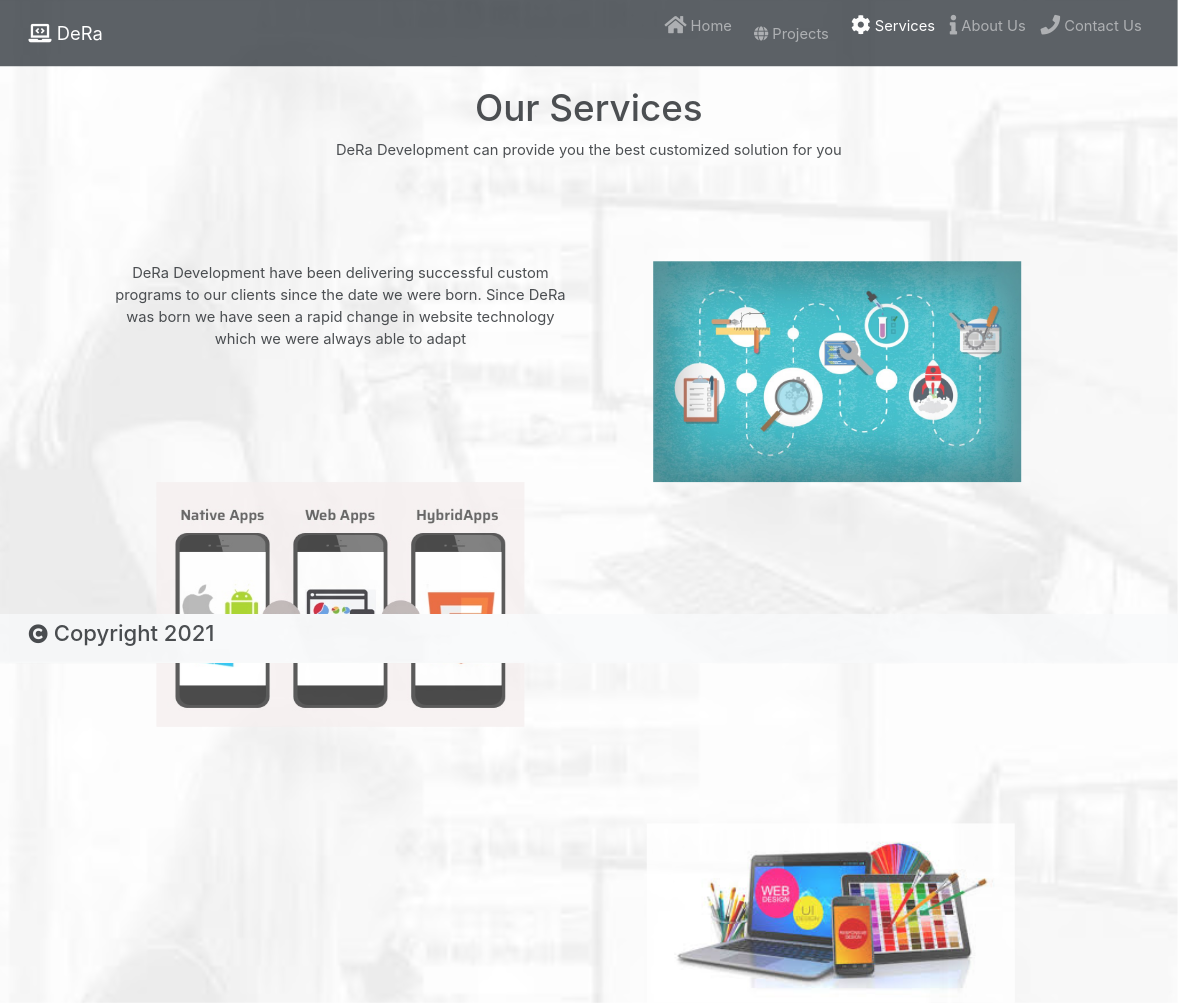
Repository: deividwsantoss/web6201-Lab1
Page: services.html
These files come from the project's save history. The page is drawn as it stood at one moment and after the next save; the edit follows.
The browser window is 1280 px wide. The pictures show the whole page, at 92% of full size.

Above is the page before, as saved 2021-02-04 11:08:35.
Console error: TypeError: Cannot set properties of null (setting 'innerHTML')

### services.html
<!DOCTYPE html>
<html lang="en">

<head>
  <meta charset="UTF-8">
  <meta name="viewport" content="width=device-width, initial-scale=1.0">
  <title>Services</title>
</head>
<!-- CSS SECTION-->
<link rel="stylesheet" href="./node_modules/bootstrap/dist/css/bootstrap.min.css">
<link rel="stylesheet" href="./node_modules/@fortawesome/fontawesome-free/css/all.min.css">
<link rel="stylesheet" href="./Content/app.css">

<body class="servicesbackgroud">
  <!-- Main Header-->
  <header>
    <nav class="navbar navbar-expand-lg navbar-dark bg-dark">
      <div class="container-fluid">
        <a class="navbar-brand" href="Index.html"><i class="fas fa-laptop-code"></i> DeRa</a>
        <button class="navbar-toggler" type="button" data-bs-toggle="collapse" data-bs-target="#navbarSupportedContent"
          aria-controls="navbarSupportedContent" aria-expanded="false" aria-label="Toggle navigation">
          <span class="navbar-toggler-icon"></span>
        </button>
        <div class="collapse navbar-collapse" id="navbarSupportedContent">
          <ul class="navbar-nav ml-auto mb-2 mb-lg-0">
            <li class="nav-item">
              <a class="nav-link " aria-current="page" href="Index.html"><i class="fas fa-home fa-lg"></i> Home</a>
            </li>
            <li class="nav-item">
              <a id="prod" class="nav-link" aria-current="page" href="products.html" name=><i class="fas fa-globe fa-lg"></i>
                Products</a>
            </li>
            <li class="nav-item">
              <a class="nav-link active" aria-current="page" href="services.html"><i class="fas fa-cog fa-lg"></i>
                Services</a>
            </li>
            <li class="nav-item">
              <a class="nav-link" aria-current="page" href="about.html"><i class="fas fa-info fa-lg"></i> About Us</a>
            </li>
            <li class="nav-item">
              <a class="nav-link" aria-current="page" href="contact.html"><i class="fas fa-phone fa-lg"></i> Contact
                Us</a>
            </li>

          </ul>

        </div>
      </div>
    </nav>

  </header>

  <!-- Main Content-->
  <main class="container text-md-center">
    <h1 class="text-center">Our Services</h1>
    <p id="serviceIntro"></p>
    <div id="mainInformation" class="container" >
      <div id="mainInformation" class="row">

        <div id="mainInformation" class="col">
          <p id="customParagraph"></p>

        </div>
        <div id="mainInformation" class="col">
          <img id="custompg" src="./Content/custom-programming.jpg">
        </div>
      </div>
      <div class="container">
        <div class="row">
          <div class="col">
            <img id="custompg" src="./Content/mobile.jpg">
            </div>
          <div class="col">
            <p id="mainInformation" id="mobileParagraph"></p>
          </div>
        </div>
        <div id="mainInformation" class="row">
          <div id="mainInformation" class="col">
            <p id="webDesignParagraph"></p>
          </div>
          <div id="mainInformation" class="col">
            <img id="custompg" src="./Content/webdesign.jpg">
          </div>
        </div>
      </div>
    </div>
  </main>
  <!-- Main Footer-->


  </footer>
  <!--- Script Section-->
  <script src="./node_modules/jquery/dist/jquery.min.js"></script>
  <script src="./node_modules/bootstrap/dist/js/bootstrap.bundle.min.js"></script>
  <script src="./Scripts/app.js"></script>
</body>

</html>

### Content/app.css
/* Custom CSS goes here */

body,html{
    height: 100%;
    margin: 0;
}
.bg{
    background-image: url("Background-White.jpg");
    background-repeat: no-repeat;
    background-size: cover;
    background-position: center;
    opacity: 0.8;
}

.contactimage{
    background-image:url("contactimg.jpg");
    background-repeat: no-repeat;
    background-size: cover;
    background-position: center;
    opacity: 0.8;
}
.productsbg {
    background-image:url("productsbg.jpg");
    background-repeat: no-repeat;
    background-size: cover;
    background-position: center;
    opacity: 0.8;
}

.servicesbackgroud{
    background-image:url("services.jpg");
    background-repeat: repeat;
    background-size: cover;
    background-position: center;
    opacity: 0.8;
    height: 1000px;
}
.aboutus{
    background-image:url("bgimage.jpg");
    background-repeat: no-repeat;
    background-size: cover;
    background-position: center;
    opacity: 0.8;
}

#paragraphOne {
    color: black;
    font-size: 220%;
    margin-top: 25%;
    text-shadow: 2px 2px 4px #000;
    font-family: cursive;
    font-weight: bold;

}
h1{
    margin-top: 2%;
}

#custompg{
    width: 400px;

}

#projectsImg{
    width: 150px;
    margin-top: 10%;
}

#pic{
    width:310px; /* you can use % */
    height: auto;
}

#aboutmain{
    margin-top: 100px;
}
#dlParagraph{
    margin-top: 10%;
    margin-top: 10%;
    font-size: large;
    font-weight: bold;
}
#scotiaParagraph{
    margin-top: 10%;
    font-size: large;
    font-weight: bold;
}

#mainInformation{
    margin-top: 5%;
    margin-right: 0%;
    margin-left: 0%;
}

### Scripts/app.js
/* Custom JavaScript goes here */


"use strict";

(function(){

    function addHr(){

        let navIn = document.getElementById("mainUl").getElementsByTagName("ul");

        let liCreate = document.createElement('li');

        liCreate.innerHTML = `<a id="prod" class="nav-link" aria-current="page" href="products.html"><i class="fas fa-globe" name="prod"></i> Human Resources</a>`;

        navIn.insertBefore(liCreate, navIn.getElementsByTagName("li")[1]);

    }

    function addFooter(){


        const body = document.body;
        let footerNav = document.createElement('footer');

        footerNav.innerHTML = `<nav class="navbar fixed-bottom navbar-light bg-light">
        <div class="container-fluid">
          <h4 ><i class="fas fa-copyright fa-sm"></i> Copyright 2021 </h4>
      </div>
        </nav>`

        body.appendChild(footerNav);

    }

    function Projects(){
        let productsElement = document.getElementById("prod");
        let prod = `<a id="prod" class="nav-link" aria-current="page" href="products.html"><i class="fas fa-globe" name="prod"></i> Projects</a>`;


        productsElement.innerHTML = prod;

        let prodNameElement = document.getElementById("prodName");
        let projectName = `<h1 id="prodName" class="text-center">Our Projects</h1>`

        prodNameElement.innerHTML = projectName;
    }
    function displayHome(){
        let paragraphOneText = "Welcome to DeRa Development Website for WebD6201";
        let paragraphOneElement = document.getElementById("paragraphOne");

        paragraphOneElement.textContent = paragraphOneText;
        paragraphOneElement.className = "fs-6 ";
    }
    function displayAbout(){

    }
    function displayProducts(){

        //deloitte
        let dlText = "DeRa is proud for leading the main developing project for DL."
        let dlElement = document.getElementById("dlParagraph");

        dlElement.textContent = dlText;

        let scotiaText = "Another Big company we are proud to have worked with"
        let scotiaElement = document.getElementById("scotiaParagraph");

        scotiaElement.textContent = scotiaText;

    }
    function displayServices(){

        //intro text
        let servicesIntroText = "DeRa Development can provide you the best customized solution for you";
        let servicesIntroElement = document.getElementById("serviceIntro");
        servicesIntroElement.textContent = servicesIntroText;

        // custom dev text
        let customParagraphText = "DeRa Development have been delivering successful custom programs to our clients since the date we were born. \nSince DeRa was born we have seen a rapid change in website technology which we were always able to adapt";
        let customParagraphElement = document.getElementById("customParagraph");

        customParagraphElement.textContent = customParagraphText;

        //mobile text
        mobileParagraphText = "We have the knowledge and skills to provide you the best quality solution for any kind of device. \nMobile development is one of our strengths."
        mobileParagraphElement = document.getElementById("mobileParagraph");

        mobileParagraphElement.textContent = mobileParagraphText;

        //design paragraph
        let webDesignParagraphText = "Our Web Design is awesome";
        let webDesignParagraphElement = document.getElementById("weDesignParagraph");
        webDesignParagraphElement.textContent = webDesignParagraphText;
    }
    function displayContact(){

        let messageArea = document.getElementById("messageArea");
        messageArea.hidden = true;

        //Form Validation...

        let fullName = document.getElementById("fullName");
        fullName.addEventListener("blur", function(){
            if(fullName.value.length < 2){
                fullName.focus;
                fullName.select();
                messageArea.hidden = false;
                messageArea.className = "alert alert-danger";
                messageArea.textContent = "Please, Enter an appropriate name."
            }
            else{
                messageArea.removeAttribute("Class");
                messageArea.hidden = true;
            }
        });

        //validating number
        let contactNumber = document.getElementById("contactNumber");
        contactNumber.addEventListener("blur", function(){

            if(contactNumber.value.length < 10 || contactNumber.value.length > 10 )
            {
                contactNumber.focus;
                contactNumber.select();
                messageArea.hidden = false;
                messageArea.className = "alert alert-danger";
                messageArea.textContent = "Please, Insert a valid Number";
            }
            else {
                messageArea.removeAttribute("Class");
                messageArea.hidden = true;
            }

        });

        // Validating short text
        let shortMessage = document.getElementById("shortMessage");
        shortMessage.addEventListener("blur", function(){

            if(shortMessage.value.length > 50){
                shortMessage.focus;
                shortMessage.select();
                messageArea.hidden = false;
                messageArea.className = "alert alert-danger";
                messageArea.textContent = "Maximum characters allowed (50)";
            }
            else{
                messageArea.removeAttribute("Class");
                messageArea.hidden = true;
            }
        });

        let sendButton = document.getElementById("sendButton");
        sendButton.addEventListener("click", function(event){
            event.preventDefault();
        });
        document.getElementById("sendButton").onclick = function (){
            location.href = "index.html"
        };

    }


    function Start(){
        console.log("App Start...");

        switch (document.title) {

            case 'Home':
                displayHome();
                break;
            case 'About':
                displayAbout();
                break;
            case 'Products':
                displayProducts();
                break;
            case 'Services':
                displayServices();
                break;
            case 'Contact':
                displayContact();
                break;

        }


    }

    window.addEventListener("load",addFooter);
    window.addEventListener("load",Projects);
    window.addEventListener("load",Start);
    window.addEventListener("load",addHr);

})();

Loaded but not shown: node_modules/bootstrap/dist/css/bootstrap.min.css (library); node_modules/@fortawesome/fontawesome-free/css/all.min.css (library); node_modules/jquery/dist/jquery.min.js (library); node_modules/bootstrap/dist/js/bootstrap.bundle.min.js (library)

After the next save:
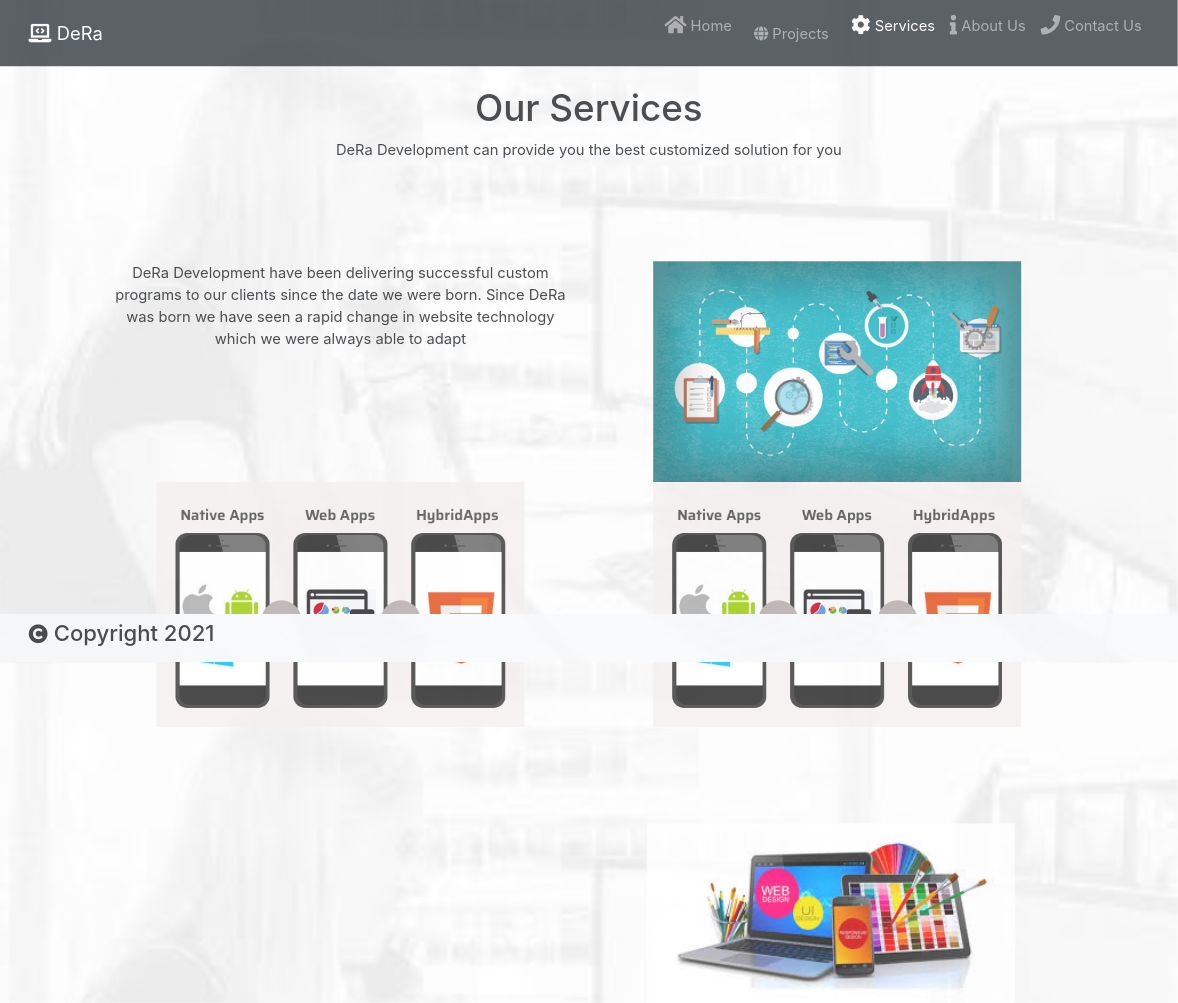
Saved 36 s later.
--- a/services.html
+++ b/services.html
@@ -71,7 +71,8 @@
             <img id="custompg" src="./Content/mobile.jpg">
             </div>
           <div class="col">
-            <p id="mainInformation" id="mobileParagraph"></p>
+           <!-- <p id="mainInformation" id="mobileParagraph"></p> -->
+           <img id="custompg" src="./Content/mobile.jpg">
           </div>
         </div>
         <div id="mainInformation" class="row">

After the 4 saves that followed:
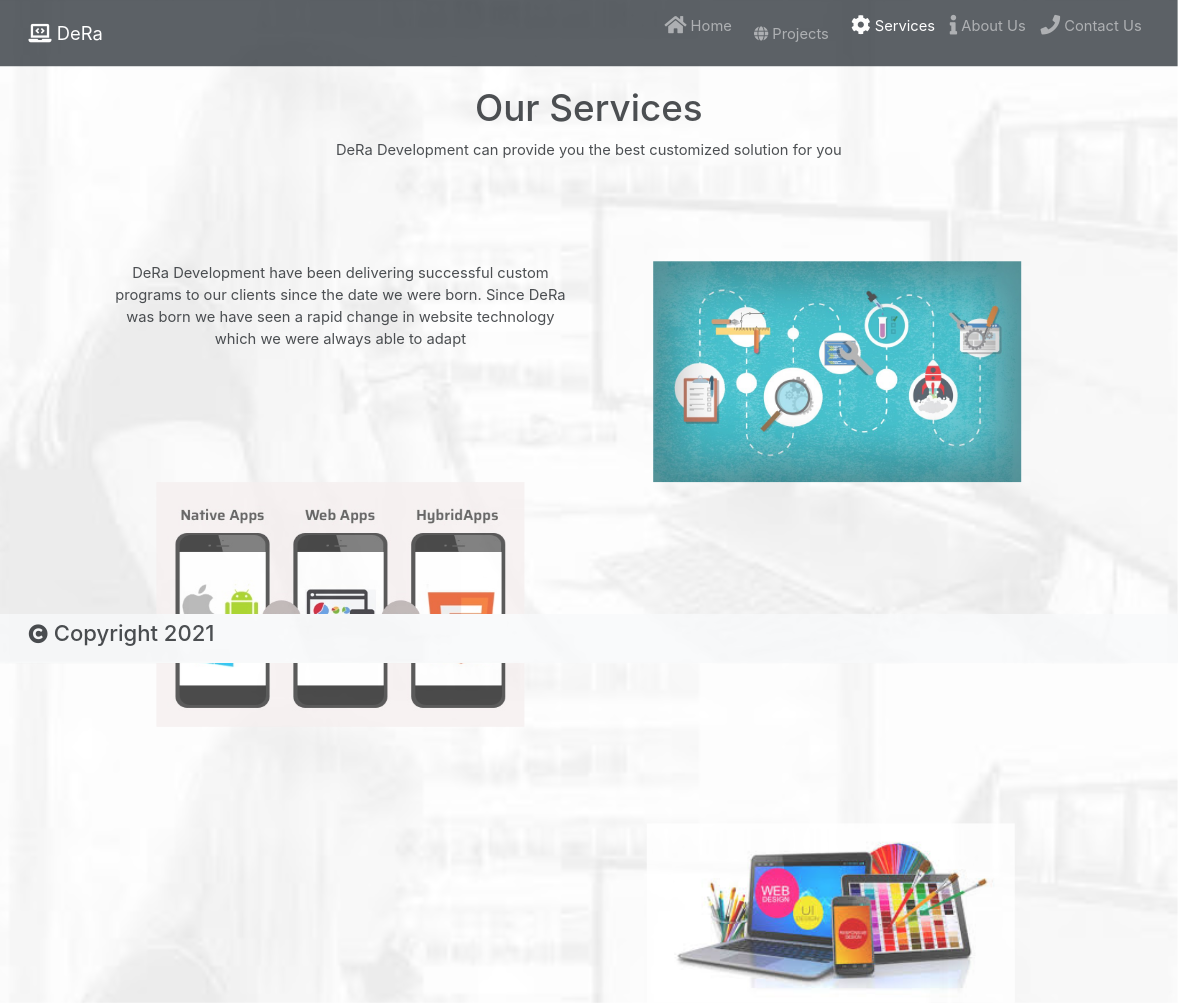
The 4 saves are shown as one change because 3 left the picture as it was.
The last was saved 4 min 21 s later.
--- a/services.html
+++ b/services.html
@@ -71,8 +71,8 @@
             <img id="custompg" src="./Content/mobile.jpg">
             </div>
           <div class="col">
-           <!-- <p id="mainInformation" id="mobileParagraph"></p> -->
-           <img id="custompg" src="./Content/mobile.jpg">
+           <p id="mainInformation" id="mobileParagraph"></p>
+
           </div>
         </div>
         <div id="mainInformation" class="row">
--- a/Scripts/app.js
+++ b/Scripts/app.js
@@ -83,8 +83,8 @@
         customParagraphElement.textContent = customParagraphText;
 
         //mobile text
-        mobileParagraphText = "We have the knowledge and skills to provide you the best quality solution for any kind of device. \nMobile development is one of our strengths."
-        mobileParagraphElement = document.getElementById("mobileParagraph");
+        let mobileParagraphText = "We have the knowledge and skills to provide you the best quality solution for any kind of device. \nMobile development is one of our strengths.";
+        let mobileParagraphElement = document.getElementById("mobileParagraph");
 
         mobileParagraphElement.textContent = mobileParagraphText;
 
